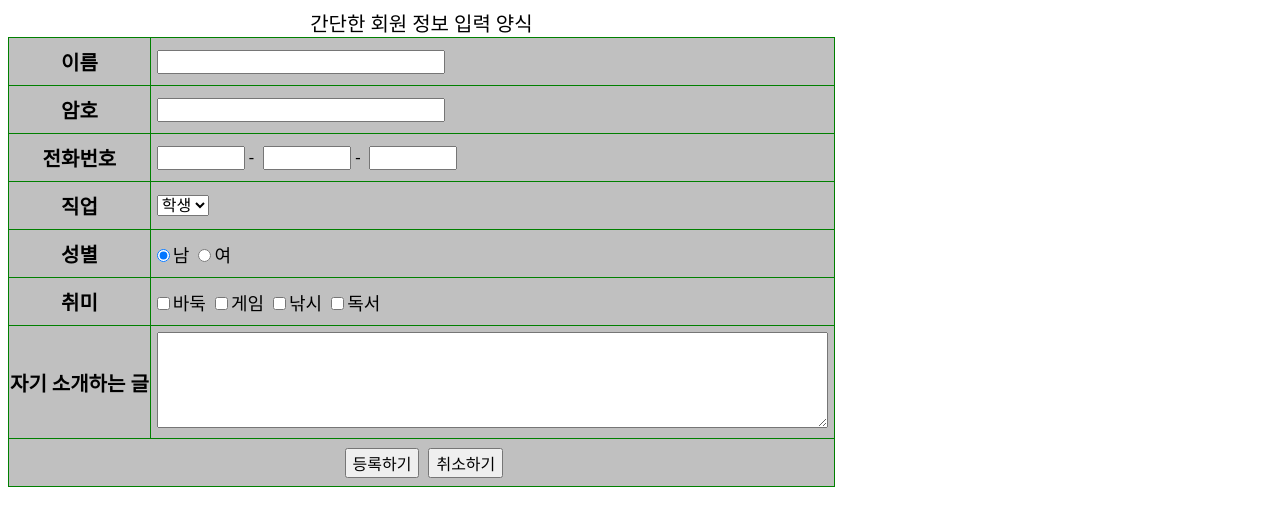
Repository: yoonanet/Web_Workspaces
Page: JavaScript/src/main/webapp/quiz/3.8_quiz.html
These files come from the project's save history. The page is drawn as it stood at one moment and after the next save; the edit follows.
The browser window is 1280 px wide. The pictures show the whole page.

Above is the page before, as saved 2023-03-13 12:21:35.

### JavaScript/src/main/webapp/quiz/3.8_quiz.html
<!DOCTYPE html>
<html>
<head>
<meta charset="UTF-8">
<title>간단한 회원 정보 입력 양식</title>

<link href="./3.8_quiz.css" rel="stylesheet" type="text/css">
<script type="text/javascript">
window.onload = function(){

	var form = document.getElementById('my_form');

	form.onsubmit = function(){
		var name = document.getElementById('name').value;
		var password = document.getElementById('password').value;
		var phone1 = document.getElementById('phone1').value;
		var phone2 = document.getElementById('phone2').value;
		var phone3 = document.getElementById('phone3').value;
		var job = document.getElementById('job').value;
		var jenderBtn = document.getElementsByName('ch1');
		var hobbyBox = document.getElementsByName('ch2');
		var about = document.getElementById('about').value;

		var jender = '';

		for (var j of jenderBtn)
	    {
	        if (j.checked) {
	        	jender += j.value;
	        }
	    }

		var hobby = '';

		for (var i = 0; i < hobbyBox.length; i++) {
            if (hobbyBox[i].checked) {
            	hobby += hobbyBox[i].value + '  ';
            }
        }


		alert('이름 : ' + name + '\n'
				+ '비밀번호 : ' + password + '\n'
				+ '전화번호 : ' + phone1 + '-' + phone2 + '-' + phone3 + '\n'
				+ '직업 : ' + job +  '\n'
				+ '성별 : ' + jender +  '\n'
				+ '취미 : ' + hobby + '\n'
				+ '자기 소개하는 글 : ' + about);

	}

};
</script>

</head>
<body>

	<form action="" id="my_form">
		<table>
			<caption id="title">간단한 회원 정보 입력 양식</caption>
			<tr>
				<th>이름</th>
				<td><input type="text" id="name" class="text"></td>
			</tr>

			<tr>
				<th>암호</th>
				<td><input type="password" id="password"></td>
			</tr>

			<tr>
				<th>전화번호</th>
				<td><input type="text" id="phone1"> - <input type="text" id="phone2"> - <input type="text" id="phone3"></td>
			</tr>

			<tr>
				<th>직업</th>
				<td>
					<select id="job">
						<option>학생</option>
						<option>직장</option>
						<option>주부</option>
					</select>
				</td>
			</tr>

			<tr>
				<th>성별</th>
				<td>
					<label><input type="radio" checked="checked" name="ch1" value="남">남</label>
					<label><input type="radio" name="ch1" value="여">여</label>
				</td>
			</tr>

			<tr>
				<th>취미</th>
				<td>
					<label><input type="checkbox" name="ch2"  value="바둑">바둑</label>
					<label><input type="checkbox" name="ch2"  value="게임">게임</label>
					<label><input type="checkbox" name="ch2"  value="낚시">낚시</label>
					<label><input type="checkbox" name="ch2"  value="독서">독서</label>
				</td>
			</tr>

			<tr>
				<th>자기 소개하는 글</th>
				<td><textarea rows="5" cols="65" id="about"></textarea></td>
			</tr>

			<tr>
				<td colspan="2" id="btn">
					<input type="submit" value="등록하기">
					<input type="reset" value="취소하기">
				</td>
			</tr>
		</table>
	</form>

</body>
</html>

### JavaScript/src/main/webapp/quiz/3.8_quiz.css

* {
	font-size:16px;
}

#title {
	font-size:20px;
	text-align:center;
}

table {
	border : 1px solid green;
	border-collapse : collapse;
	background-color: silver;
	/* border-collapse:collapse; 테이블의 선이 하나로 보일 수 있도록 하는 속성지정 */
}

th {
	font-size:20px;
}

td,th {
	border : 1px solid green;
	height : 45px;
}

input, select {
	margin-left: 5px;
}

textarea {
	margin:5px;
}

input[type=text] {
	font-size:16px;
	width:80px;
}

input[type=text]:focus {
	background-color: rgb(227, 242, 253);
}

#name, input[type=password] {
	width: 280px;
}

label {
	font-size:18px;
}

#btn {
	text-align:center;
}

After the next save:
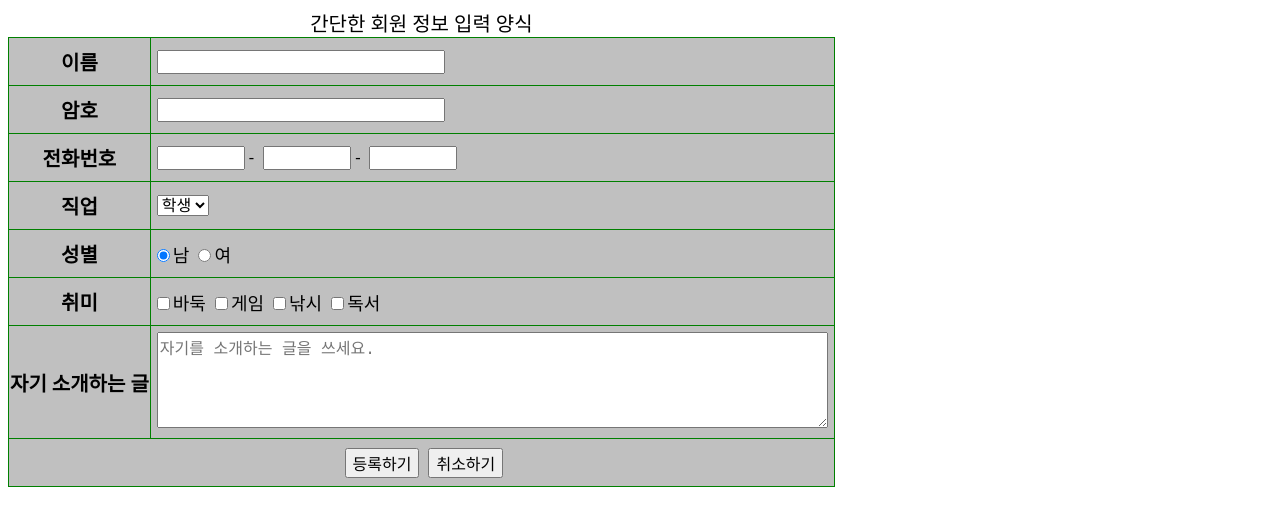
Saved 5 min 17 s later.
--- a/JavaScript/src/main/webapp/quiz/3.8_quiz.html
+++ b/JavaScript/src/main/webapp/quiz/3.8_quiz.html
@@ -77,9 +77,9 @@
 				<th>직업</th>
 				<td>
 					<select id="job">
-						<option>학생</option>
-						<option>직장</option>
-						<option>주부</option>
+						<option value="학생" SELECTED>학생</option>
+						<option value="직장">직장</option>
+						<option value="주부">주부</option>
 					</select>
 				</td>
 			</tr>
@@ -104,7 +104,7 @@
 
 			<tr>
 				<th>자기 소개하는 글</th>
-				<td><textarea rows="5" cols="65" id="about"></textarea></td>
+				<td><textarea rows="5" cols="65" id="about"  placeholder="자기를 소개하는 글을 쓰세요."></textarea></td>
 			</tr>
 
 			<tr>
